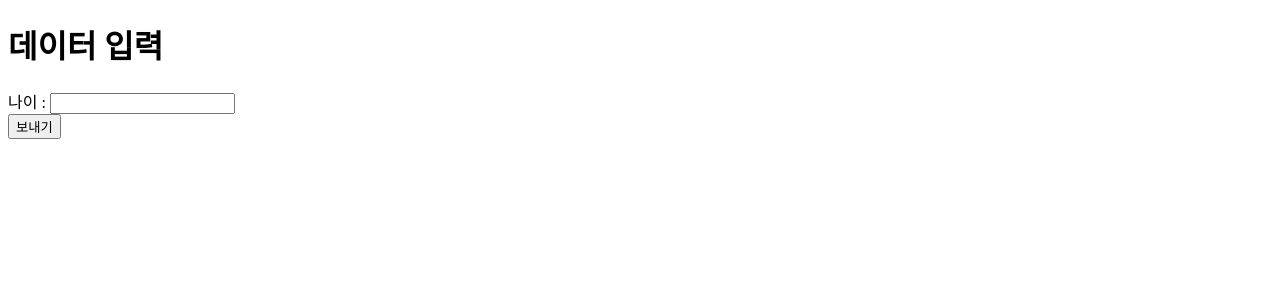
Repository: hb6700/client
Page: ClientTest/src/main/webapp/html/ex18_form.html
These files come from the project's save history. The page is drawn as it stood at one moment and after the next save; the edit follows.
The browser window is 1280 px wide. The pictures show the whole page.

Above is the page before, as saved 2023-09-21 05:20:02.

After the next save:
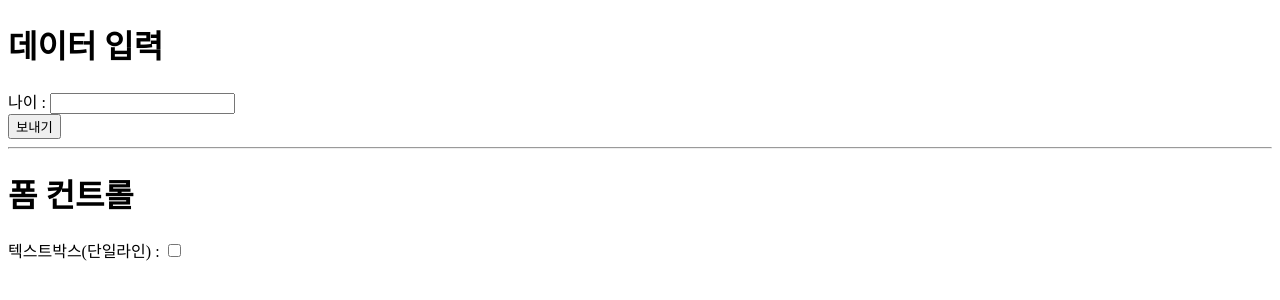
Saved 28 min 26 s later.
--- a/ClientTest/src/main/webapp/html/ex18_form.html
+++ b/ClientTest/src/main/webapp/html/ex18_form.html
@@ -12,6 +12,30 @@
 		- 입력 데이터 > 서버로 전송 > 업무 활용 or 데이터베이스 저장 등...
 		ex) 텍스트박스, 버튼, 체크박스, 라디오버튼 등...
 		- <form> + <form> 의 자식 태그들
+
+		<form>
+		- 모든 입력 컨트롤을 감싸는 컨테이너
+		- 스스로는 랜더링 결과가 없다(출력X)
+		- 입력한 값을 서버로 전송하는 역할(&*****)
+
+		form.method
+		- 데이터를 전송하는 방식
+		- 택배(일반우편 | 등기우편)
+			1. post
+				- ex18_server.jsp
+				- 데이터를 상자 안에 담아서 전송
+				- 데이터가 노출X > 보안O
+				- 전송하는 데이터의 최대길이제한 > 무제한
+			2. get
+				- ex18_server.jsp?age=20
+				- 데이터를 송장에 붙여서 전송
+				- 전송되는 데이터가 노출(주소창) > 보안X
+				- 전송하는 데이터의 최대길이 제한 > 256자 > 8000바이트
+		form.action
+		- 데이터를 수신하는 서버측 URL
+		- 받는 사람 주소
+		- 서버측 동작하고 있는 프로그램 주소 > JSP, Servlet, Spring 주소
+
 		-->
 		<h1>데이터 입력</h1>
 		<form method="POST" action="ex18_server.jsp">
@@ -19,5 +43,19 @@
 			<br>
 			<input type="submit" value="보내기">
 		</form>
+
+		<hr>
+
+		<h1>폼 컨트롤</h1>
+		<form>
+			<!--
+			<input>
+			- 인라인 태그
+			- 단독 태그
+			input.type : 입력 컨트롤 종류 지정
+			-->
+			텍스트박스(단일라인) :
+			<input type="checkbox">
+		</form>
 	</body>
 </html>
